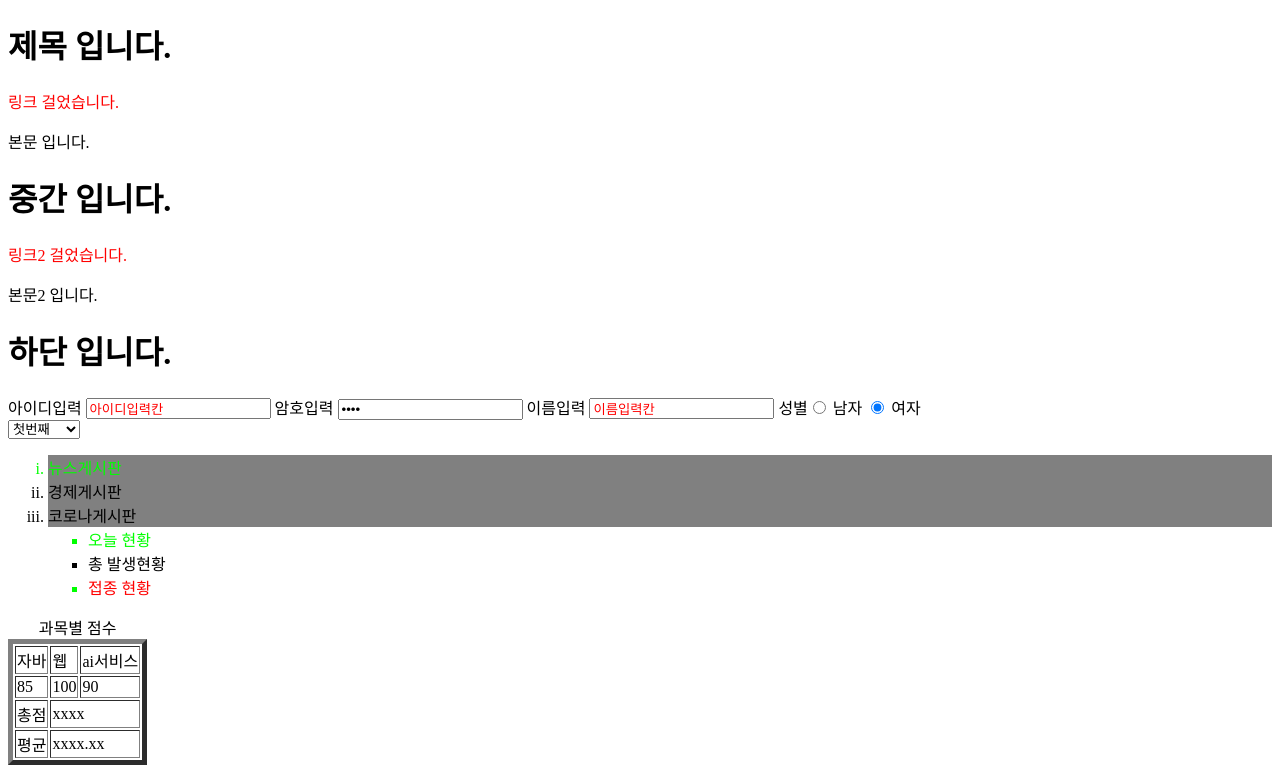
Repository: Pang-Ho/TIL
Page: JavaScript/workspace_web/csstest/WebContent/selector.html
An editor plug-in stored every save of this project. The page is shown before and after the next save, followed by the edit.
The browser window is 1280 px wide. The pictures show the whole page.

Above is the page before, as saved 2021-08-20 05:58:35.

After the next save:
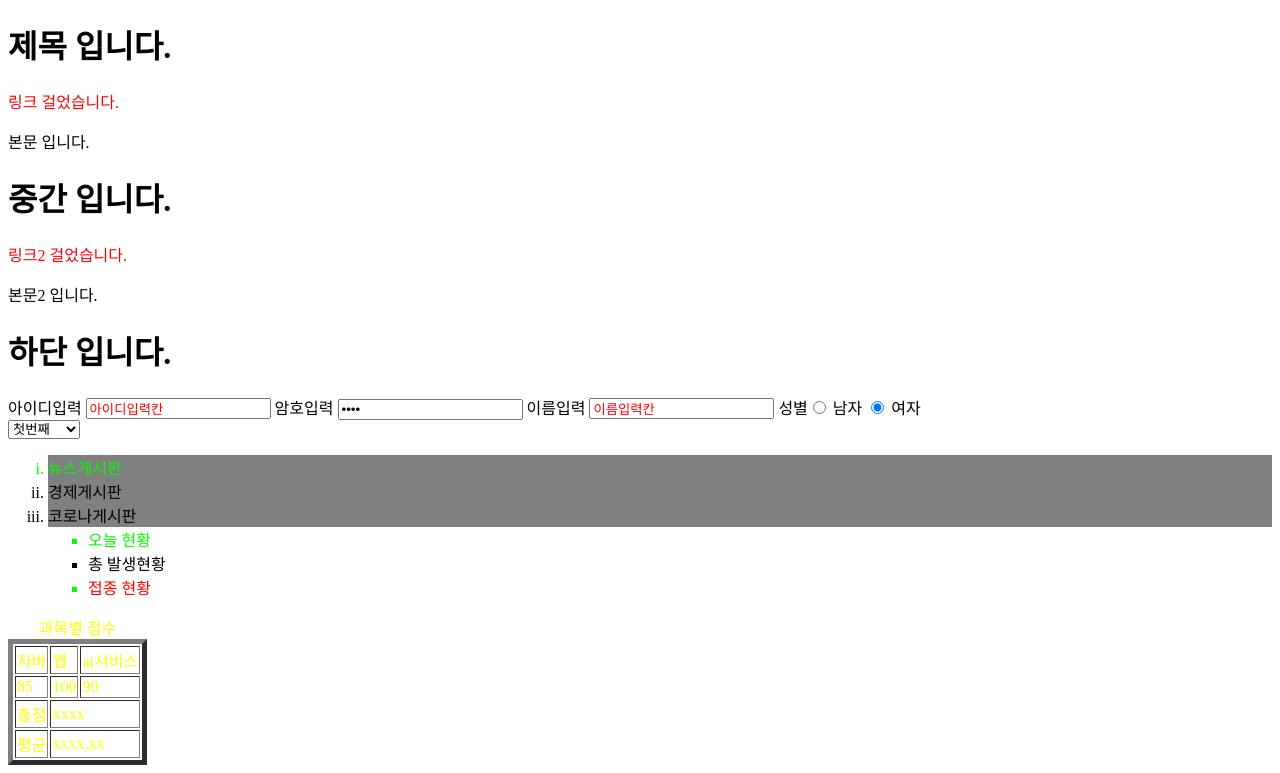
Saved 6 min 1 s later.
--- a/JavaScript/workspace_web/csstest/WebContent/selector.html
+++ b/JavaScript/workspace_web/csstest/WebContent/selector.html
@@ -34,6 +34,8 @@
 	a {color : red;}
 	a {color:red; text-decoration: none;}
 
+	table caption {color:yellow;}
+	table td {color:yellow;}
 </style>
 </head>
 <body>
